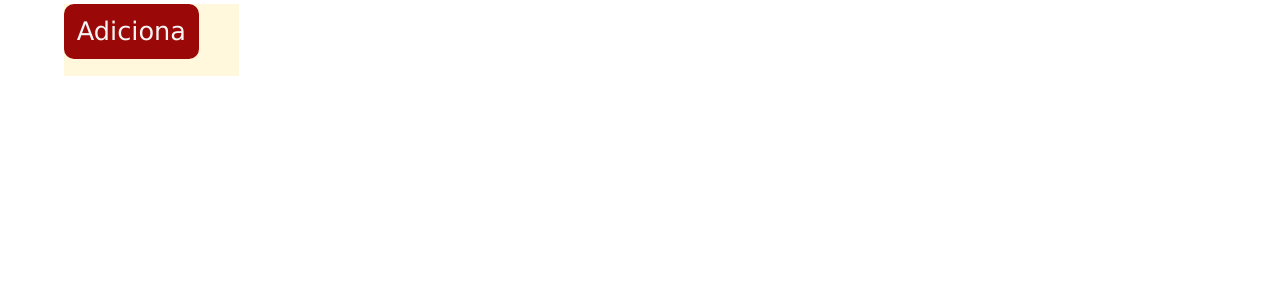
Repository: Orifiel/teste
Page: desafioMod2/desafioJavascript02.html
The author's editor kept a copy of each file at every save. The page is drawn from the files as they stood at one save, then again after the next save.
The browser window is 1280 px wide. The pictures show the whole page.

Above is the page before, as saved 2020-08-14 16:53:15.

After the next save:
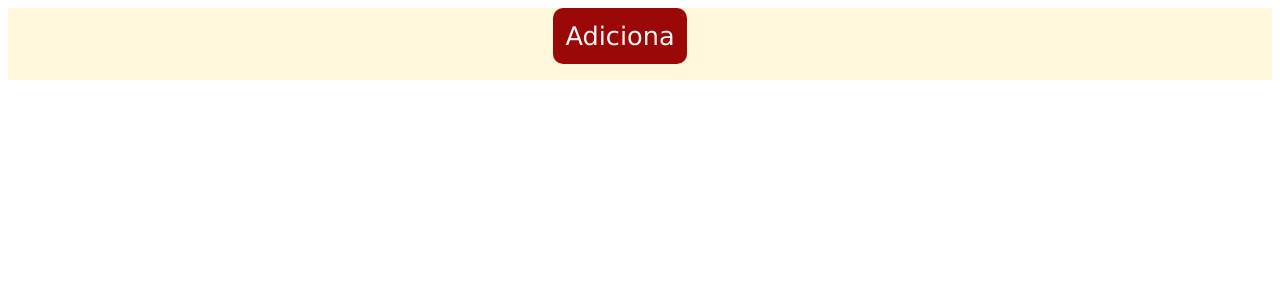
Saved 9 s later.
--- a/desafioMod2/desafioJavascript02.html
+++ b/desafioMod2/desafioJavascript02.html
@@ -32,9 +32,7 @@ aparecer na tela.
             align-items: center;
             flex-wrap: wrap;
             background-color: cornsilk;
-            position: fixed;
-            left: 5vw;
-            top: 0.5vh
+
         }
 
         #button-red-box #button-red {
